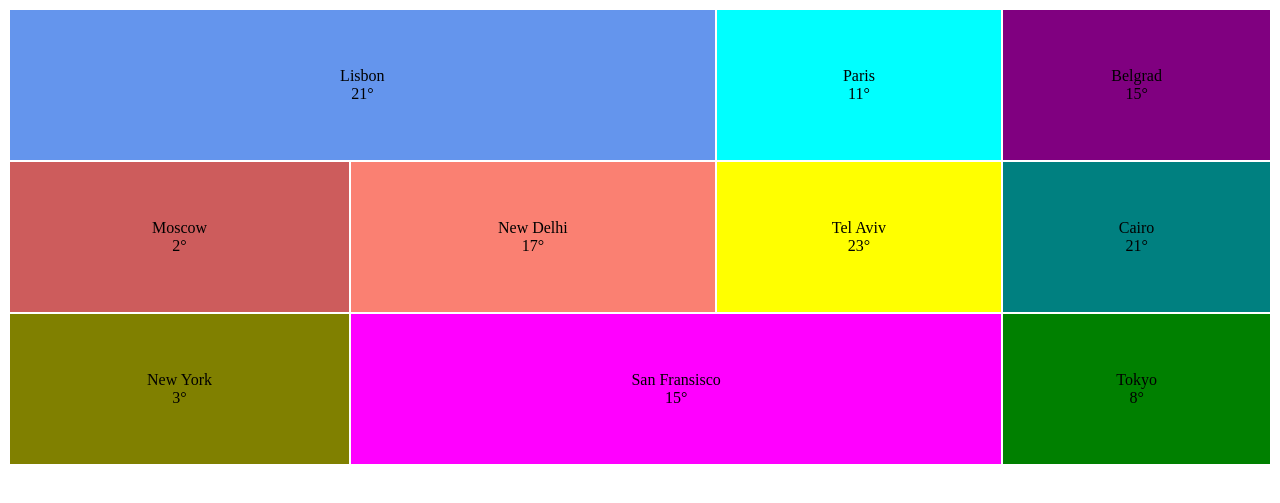
Repository: aysedo/html
Page: Week_2/index.html
The author's editor kept a copy of each file at every save. The page is drawn from the files as they stood at one save, then again after the next save.
The browser window is 1280 px wide. The pictures show the whole page.

Above is the page before, as saved 2021-08-24 15:30:41.

### Week_2/index.html
<!DOCTYPE html>
<html lang="en">
  <head>
    <meta charset="UTF-8" />
    <meta http-equiv="X-UA-Compatible" content="IE=edge" />
    <meta name="viewport" content="width=device-width, initial-scale=1.0" />
    <title>Document</title>
  </head>
  <body>
    <table width="100%">
      <tr height="150">
        <td colspan="2" bgcolor="cornflowerblue" align="center">
          Lisbon <br />21°
          <img scr="img.png" width="20" align="right" />
        </td>
        <td bgcolor="Aqua" align="center">
          Paris <br />
          11°
        </td>
        <td bgcolor="Purple" align="center">
          Belgrad <br />
          15°
        </td>
      </tr>
      <tr height="150">
        <td bgcolor="Indianred" align="center">
          Moscow <br />
          2°
        </td>
        <td bgcolor="Salmon" align="center">
          New Delhi <br />
          17°
        </td>
        <td bgcolor="Yellow" align="center">
          Tel Aviv <br />
          23°
        </td>
        <td bgcolor="Teal" align="center">
          Cairo <br />
          21°
        </td>
      </tr>
      <tr height="150">
        <td bgcolor="Olive" align="center">
          New York <br />
          3°
        </td>
        <td colspan="2" bgcolor="Fuchsia" align="center">
          San Fransisco<br />
          15°
        </td>
        <td bgcolor="Green" align="center">
          Tokyo <br />
          8°
        </td>
      </tr>
    </table>
  </body>
</html>

After the next save:
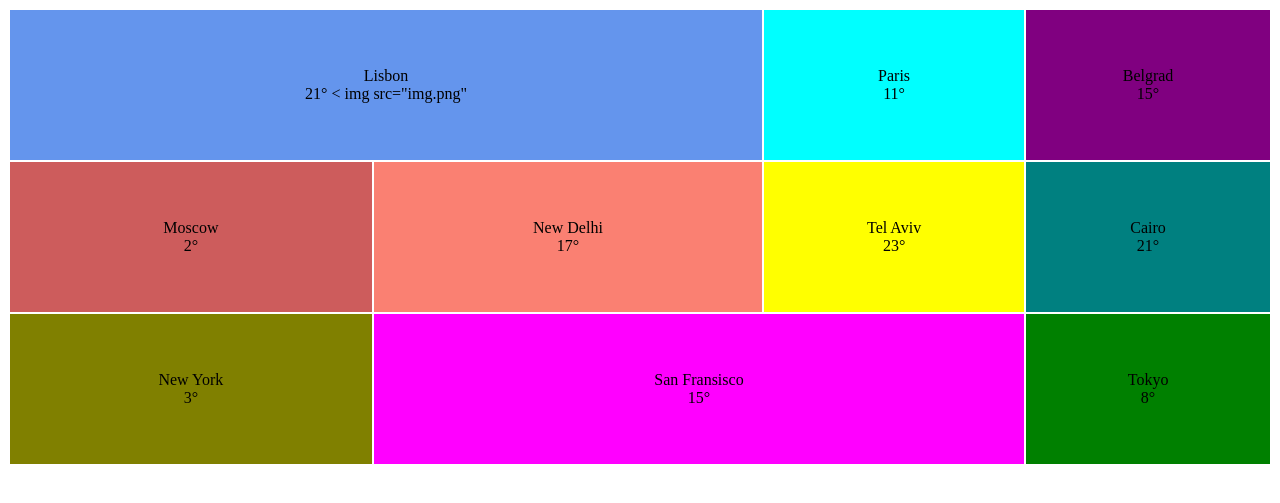
Saved 2 min 23 s later.
--- a/Week_2/index.html
+++ b/Week_2/index.html
@@ -10,8 +10,9 @@
     <table width="100%">
       <tr height="150">
         <td colspan="2" bgcolor="cornflowerblue" align="center">
-          Lisbon <br />21°
-          <img scr="img.png" width="20" align="right" />
+          Lisbon <br />
+          21°
+          < img src="img.png"
         </td>
         <td bgcolor="Aqua" align="center">
           Paris <br />
